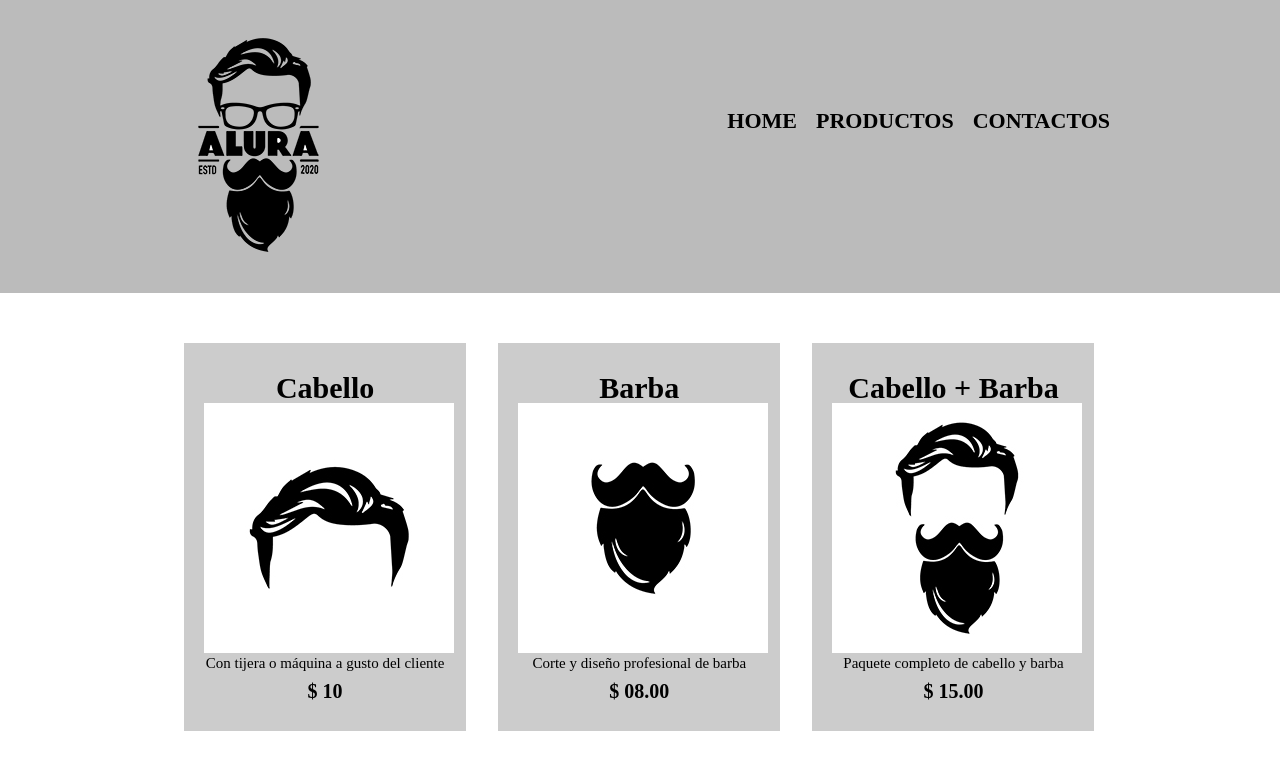
Repository: Ciromontes/Barber-a
Page: productos.html
An editor plug-in stored every save of this project. The page is shown before and after the next save, followed by the edit.
The browser window is 1280 px wide. The pictures show the whole page.

Above is the page before, as saved 2022-12-23 21:31:58.

### productos.html
<!DOCTYPE html>
<html>
    <head>
        <meta http-equiv="Content-Type" content="text/html;charset=UTF-8">
        <title>Productos - Barbería Alura</title>
        <link rel="stylesheet" href="reset.css">
        <link rel="stylesheet" href="productos.css">
    </head>

    <body>
        <header>
            <div class="caja">
                <h1><img src="logos/logo.png"></h1>
            <nav>
                <ul>
                    <li><a href="index.html">Home</a></li>
                    <li><a href="productos.html">Productos</a></li>
                    <li><a href="Contacto.html">Contactos</a></li>

                </ul>

            </nav>

            </div>

        </header>
        <main>
            <ul class="productos">
                <li>
                    <h2>Cabello</h2>
                    <img src="logos/cabello.jpg" alt="">
                    <p class="producto-descripcion">Con tijera o máquina a gusto del cliente</p>
                    <p class="producto-precio">$ 10</p>

                </li>
                <li>
                    <h2>Barba</h2>
                    <img src="logos/barba.jpg" alt="">
                    <p class="producto-descripcion">Corte y diseño profesional de barba</p>
                    <p class="producto-precio">$ 08.00</p>

                </li>
                <li>
                    <h2>Cabello + Barba</h2>
                    <img src="logos/cabello+barba.jpg" alt="">
                    <p class="producto-descripcion">Paquete completo de cabello y barba</p>
                    <p class="producto-precio">$ 15.00</p>

                </li>
            </ul>



        </main>

    </body>
</html>

### productos.css
header{
    background-color: #BBBBBB;
}
.caja{
    width: 940px;
    position: relative;
    margin: 0 auto;
    padding: 20px 0;
}

nav li{
    display:inline;
    margin: 0 0 0 15px;

}
nav{
    position: absolute;
    top: 110px;
    right: 0;
}

nav a{
    text-transform: uppercase;
    color:#000000;
    font-weight: bold;
    font-size: 22px;
    text-decoration: navajowhite;


}

.productos{
    width: 940px;
    margin: 0 auto;
    padding: 50px;
}

.productos li{
    display: inline-block;
    width: 30%;
    vertical-align: top;
    text-align: center;
    background-color: #cccccc;
    margin:0 1.5%;
    padding: 30px 20px;
    box-sizing: border-box;

}

.productos h2{
    text-align: center;
    font-size: 30px;
    font-weight: bold;
}

.producto-descripcion{
    font-size: 15px;

}
.producto-precio{
    font-size: 20px;
    font-weight: bold;
    margin-top: 10px;
}

Loaded but not shown: reset.css (common file)

After the next save:
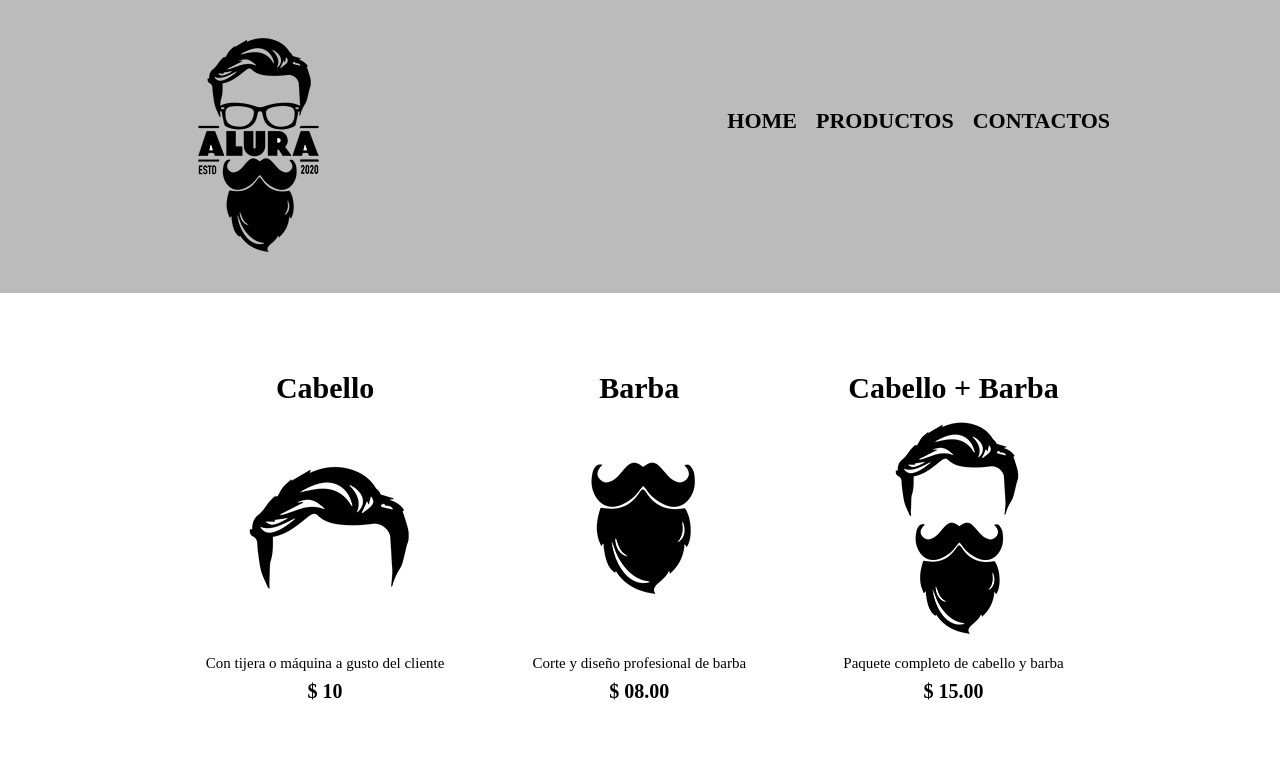
Saved 82 s later.
--- a/productos.css
+++ b/productos.css
@@ -40,7 +40,7 @@
     width: 30%;
     vertical-align: top;
     text-align: center;
-    background-color: #cccccc;
+
     margin:0 1.5%;
     padding: 30px 20px;
     box-sizing: border-box;
